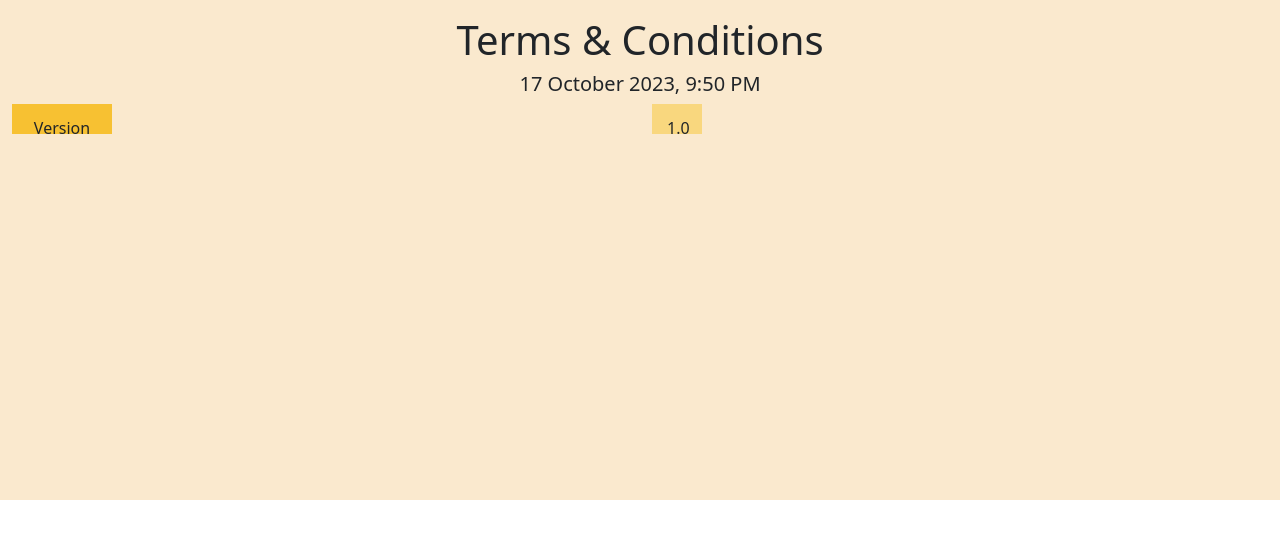
Repository: injectGroup/github.io
Page: terms.html
An editor plug-in stored every save of this project. The page is shown before and after the next save, followed by the edit.
The browser window is 1280 px wide. The pictures show the whole page.

Above is the page before, as saved 2023-11-29 14:07:13.

### terms.html
<!doctype html>
<html lang="en">

<head>
    <meta charset="utf-8">
    <meta name="viewport" content="width=device-width, initial-scale=1">
    <title>Bootstrap demo</title>
    <!-- GOULD CUSTOM CSS-->
    <link rel="stylesheet" href="/gouldwalletlegal/css/gouldcustom.css">
    <!--- BOOTSTRAP CDN -->
    <link href="https://cdn.jsdelivr.net/npm/bootstrap@5.3.2/dist/css/bootstrap.min.css" rel="stylesheet"
        integrity="sha384-T3c6CoIi6uLrA9TneNEoa7RxnatzjcDSCmG1MXxSR1GAsXEV/Dwwykc2MPK8M2HN" crossorigin="anonymous">
</head>

<body>
    <!-- Content here -->
    <div class="container-fluid text-center terms-content">
        <div class="row align-items-center">
            <div class="col align-self-center">
                <h1 class="text-center">
                    Terms & Conditions
                </h1>
            </div>
        </div>
        <div class="row align-items-center">
            <h5 class="version-date">
                17 October 2023, 9:50 PM
            </h5>
            <div class="col align-self-center">
                <h6 class="version">
                    Version
                </h6>
            </div>
            <div class="col">
                <h6 class="version-number">1.0</h6>
            </div>
        </div>
    </div>
    <!-- BOOTSTRAP JS-->
    <script src="https://cdn.jsdelivr.net/npm/bootstrap@5.3.2/dist/js/bootstrap.bundle.min.js"
        integrity="sha384-C6RzsynM9kWDrMNeT87bh95OGNyZPhcTNXj1NW7RuBCsyN/o0jlpcV8Qyq46cDfL"
        crossorigin="anonymous"></script>
</body>

</html>

### gouldwalletlegal/css/gouldcustom.css
/*
 *AUTHOR: Abdulkadir Mohammed @ Inject
 *DATE: Wed 29 November 2023
  *
 *This is a custom css for gould wallet.
 */
/*****************************
 *********** HEAD ***********
 *****************************/
.terms-content {
    background-color: #FAE9CE;
    padding: 16px 0px 16px 0px;
    height: 500px;
    width: 100%;
    padding-right: 15px;
    padding-left: 15px;
    margin-right: auto;
    margin-left: auto;
    display: block;
    box-sizing: border-box;
}

.version {
    width: 100px;
    background-color: #F7C132;
    padding: 15px;
    width: 100px !important;
    height: 30px !important;
}

.version-number {
    background-color: #F9D77E;
    padding: 15px;
    width: 50px !important;
    height: 30px !important;
}


/*****************************
  *********** BODY ***********
 *****************************/

/*****************************
 *********** FOOTER ***********
*****************************/

After the next save:
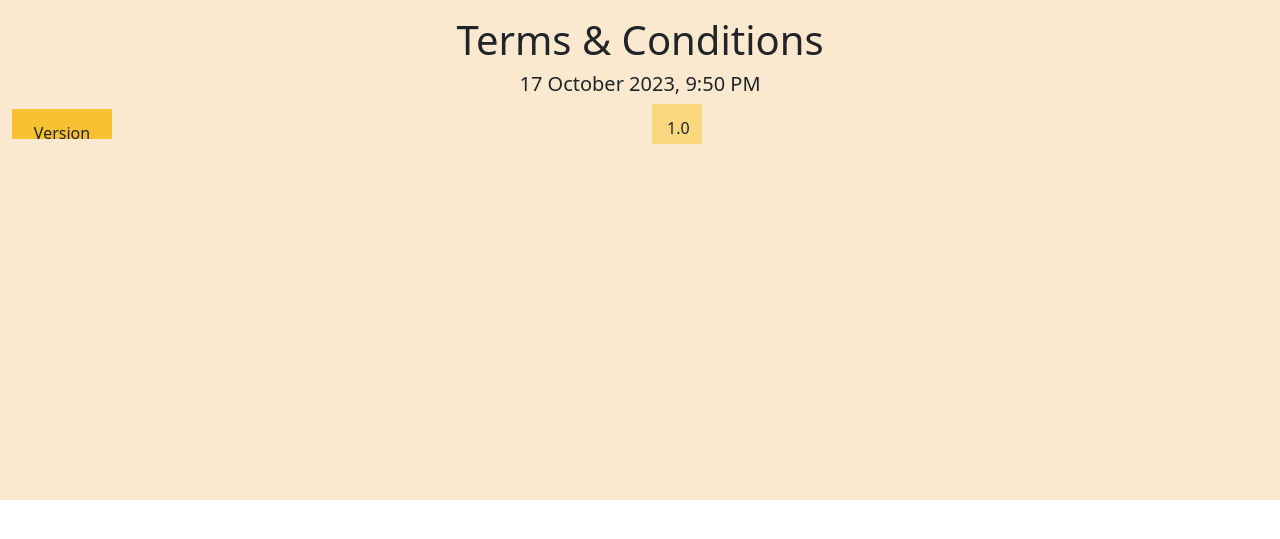
Saved 11 s later.
--- a/gouldwalletlegal/css/gouldcustom.css
+++ b/gouldwalletlegal/css/gouldcustom.css
@@ -32,7 +32,7 @@
     background-color: #F9D77E;
     padding: 15px;
     width: 50px !important;
-    height: 30px !important;
+    height: 40px !important;
 }
 
 
